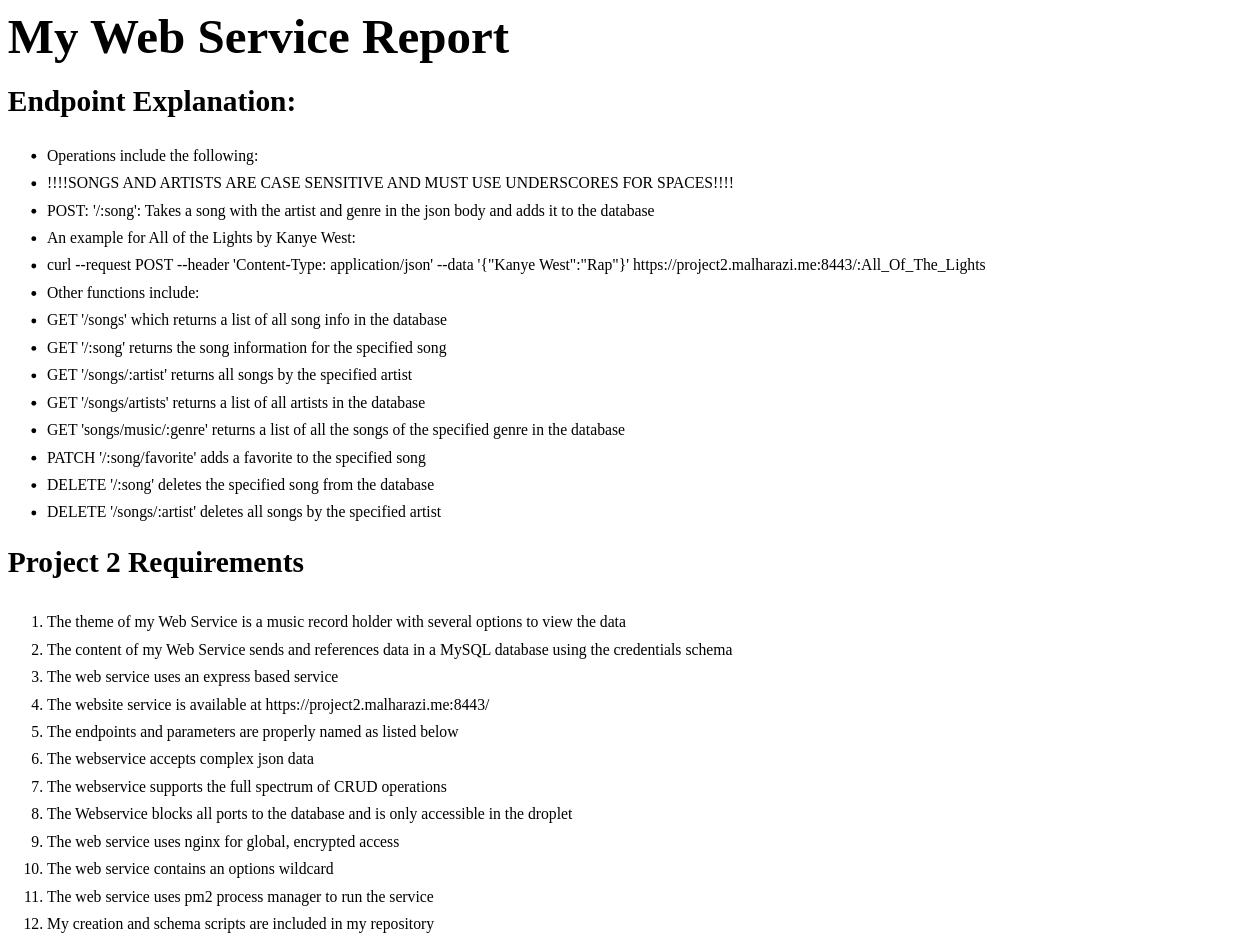
Repository: alharama/WebService
Page: report.html
The author's editor kept a copy of each file at every save. The page is drawn from the files as they stood at one save, then again after the next save.
The browser window is 1280 px wide. The pictures show the whole page, at 98% of full size.

Above is the page before, as saved 2021-11-01 19:20:28.

### report.html
<!DOCTYPE html>
<html lang="en">
  <head>
    <title>Web Service Report</title>

    <style>
      header {
        font-size: 50px;
        font-weight: bold;
      }

      h1 {
        font-size: 30px;
        font-weight: bold;
      }

      h2 {
        font-size: 30px;
        font-weight: bold;
      }

      li {
        padding-top: 10px;
      }
    </style>
  </head>

  <body>
    <header>My Web Service Report</header>

    <h1>Endpoint Explanation:</h1>
    <ul>
      <li>Operations include the following:</li>
      <li>
        !!!!SONGS AND ARTISTS ARE CASE SENSITIVE AND MUST USE UNDERSCORES FOR
        SPACES!!!!
      </li>
      <li>
        POST: '/:song': Takes a song with the artist and genre in the json body
        and adds it to the database
      </li>
      <li>An example for All of the Lights by Kanye West:</li>
      <li>
        curl --request POST --header 'Content-Type: application/json' --data
        '{"Kanye West":"Rap"}'
        https://project2.malharazi.me:8443/:All_Of_The_Lights
      </li>
      <li>Other functions include:</li>
      <li>
        GET '/songs' which returns a list of all song info in the database
      </li>
      <li>GET '/:song' returns the song information for the specified song</li>
      <li>GET '/songs/:artist' returns all songs by the specified artist</li>
      <li>
        GET '/songs/artists' returns a list of all artists in the database
      </li>
      <li>
        GET 'songs/music/:genre' returns a list of all the songs of the
        specified genre in the database
      </li>
      <li>PATCH '/:song/favorite' adds a favorite to the specified song</li>
      <li>DELETE '/:song' deletes the specified song from the database</li>
      <li>DELETE '/songs/:artist' deletes all songs by the specified artist</li>
    </ul>

    <h2>Project 2 Requirements</h2>
    <ol>
      <li>
        The theme of my Web Service is a music record holder with several
        options to view the data
      </li>
      <li>
        The content of my Web Service sends and references data in a MySQL
        database using the credentials schema
      </li>
      <li>The web service uses an express based service</li>
      <li>
        The website service is available at https://project2.malharazi.me:8443/
      </li>
      <li>The endpoints and parameters are properly named as listed below</li>
      <li>The webservice accepts complex json data</li>
      <li>The webservice supports the full spectrum of CRUD operations</li>
      <li>
        The Webservice blocks all ports to the database and is only accessible
        in the droplet
      </li>
      <li>The web service uses nginx for global, encrypted access</li>
      <li>The web service contains an options wildcard</li>
      <li>The web service uses pm2 process manager to run the service</li>
      <li>My creation and schema scripts are included in my repository</li>
    </ol>
  </body>
</html>

After the next save:
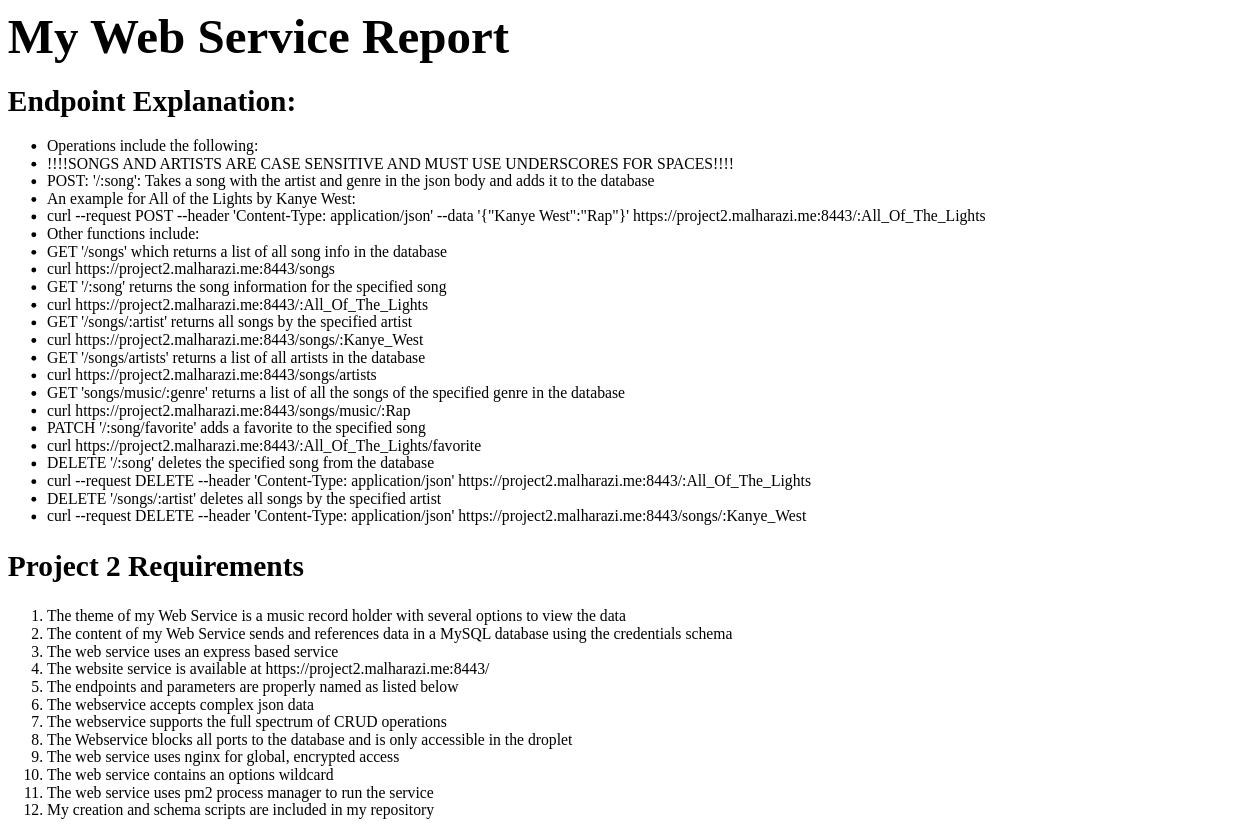
Saved 21 min 50 s later.
--- a/report.html
+++ b/report.html
@@ -19,9 +19,13 @@
         font-weight: bold;
       }
 
-      li {
+      .example {
         padding-top: 10px;
+        list-style-type: none;
+        font-weight: bold;
       }
+
+      li #
     </style>
   </head>
 
@@ -40,7 +44,7 @@
         and adds it to the database
       </li>
       <li>An example for All of the Lights by Kanye West:</li>
-      <li>
+      <li class="ex">
         curl --request POST --header 'Content-Type: application/json' --data
         '{"Kanye West":"Rap"}'
         https://project2.malharazi.me:8443/:All_Of_The_Lights
@@ -49,18 +53,41 @@
       <li>
         GET '/songs' which returns a list of all song info in the database
       </li>
+
+      <li class="ex">curl https://project2.malharazi.me:8443/songs</li>
       <li>GET '/:song' returns the song information for the specified song</li>
+      <li class="ex">
+        curl https://project2.malharazi.me:8443/:All_Of_The_Lights
+      </li>
       <li>GET '/songs/:artist' returns all songs by the specified artist</li>
+      <li class="ex">
+        curl https://project2.malharazi.me:8443/songs/:Kanye_West
+      </li>
       <li>
         GET '/songs/artists' returns a list of all artists in the database
       </li>
+      <li class="ex">curl https://project2.malharazi.me:8443/songs/artists</li>
       <li>
         GET 'songs/music/:genre' returns a list of all the songs of the
         specified genre in the database
       </li>
+      <li class="ex">
+        curl https://project2.malharazi.me:8443/songs/music/:Rap
+      </li>
       <li>PATCH '/:song/favorite' adds a favorite to the specified song</li>
+      <li class="ex">
+        curl https://project2.malharazi.me:8443/:All_Of_The_Lights/favorite
+      </li>
       <li>DELETE '/:song' deletes the specified song from the database</li>
+      <li class="ex">
+        curl --request DELETE --header 'Content-Type: application/json'
+        https://project2.malharazi.me:8443/:All_Of_The_Lights
+      </li>
       <li>DELETE '/songs/:artist' deletes all songs by the specified artist</li>
+      <li class="ex">
+        curl --request DELETE --header 'Content-Type: application/json'
+        https://project2.malharazi.me:8443/songs/:Kanye_West
+      </li>
     </ul>
 
     <h2>Project 2 Requirements</h2>
